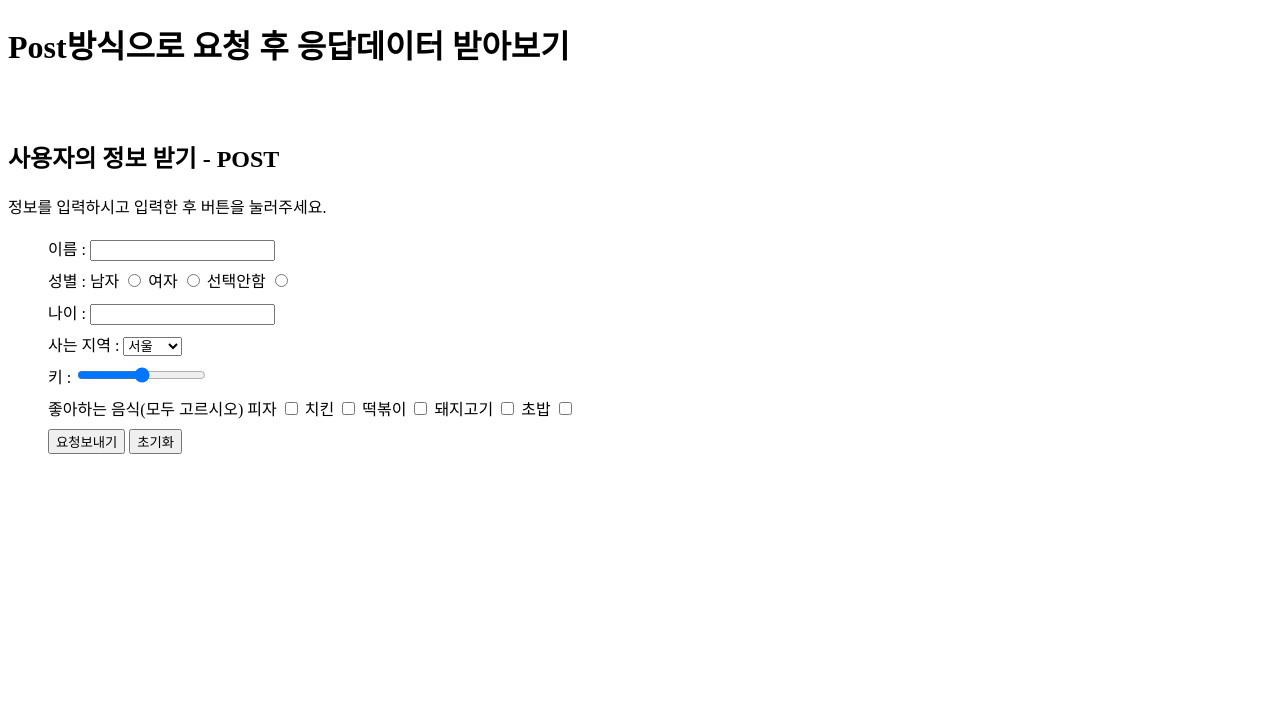
Repository: MiadongDeersfeet/webservice
Page: MyFirstWebProject/src/main/webapp/views/request_post.html
An editor plug-in stored every save of this project. The page is shown before and after a run of saves, followed by the edit.
The browser window is 1280 px wide. The pictures show the whole page.

Above is the page before, as saved 2025-09-23 02:45:57.

After the next 2 saves:
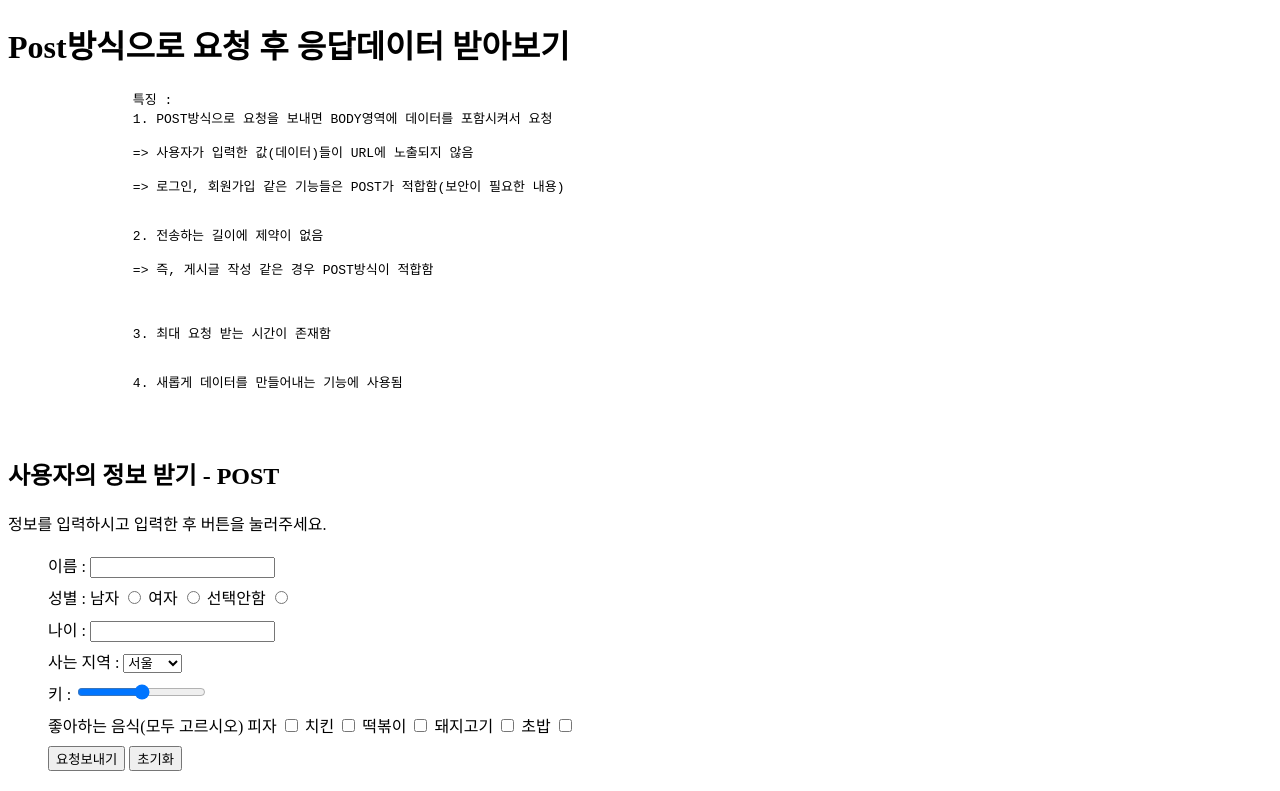
The 2 saves are shown as one change because they came seconds apart.
The last was saved 4 min 1 s later.
--- a/MyFirstWebProject/src/main/webapp/views/request_post.html
+++ b/MyFirstWebProject/src/main/webapp/views/request_post.html
@@ -14,6 +14,18 @@
 	<h1>Post방식으로 요청 후 응답데이터 받아보기</h1>
 
 	<pre>
+		특징 :
+		1. POST방식으로 요청을 보내면 BODY영역에 데이터를 포함시켜서 요청 <br>
+		=> 사용자가 입력한 값(데이터)들이 URL에 노출되지 않음 <br>
+		=> 로그인, 회원가입 같은 기능들은 POST가 적합함(보안이 필요한 내용) <br>
+
+		2. 전송하는 길이에 제약이 없음 <br>
+		=> 즉, 게시글 작성 같은 경우 POST방식이 적합함 <br><br>
+
+		3. 최대 요청 받는 시간이 존재함 <br>
+
+		4. 새롭게 데이터를 만들어내는 기능에 사용됨
+
 
 	</pre>
 
